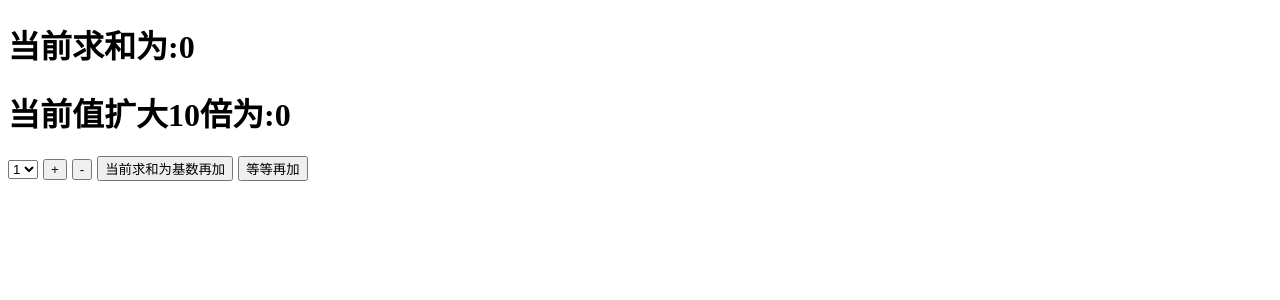
Repository: ldqml/vue.test
Page: / (app in vuexx/)
An editor plug-in stored every save of this project. The page is shown before and after the next save, followed by the edit.
The browser window is 1280 px wide. The pictures show the whole page.
The project was rebuilt for these pictures with package versions that can differ from the ones it lists, and the page was loaded fresh each time. Also part of the build but not shown: vuexx/vue.config.js.

Above is the page before, as saved 2022-08-21 00:15:56.

After the next save:
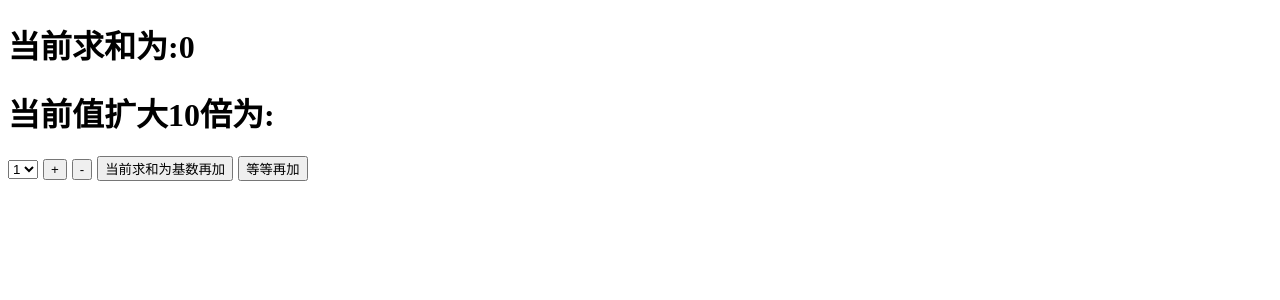
Saved 48 min 42 s later.
--- a/vuexx/src/components/SumAdd.vue
+++ b/vuexx/src/components/SumAdd.vue
@@ -1,7 +1,7 @@
 <template>
   <div>
     <h1>当前求和为:{{sum}}</h1>
-    <h1>当前值扩大10倍为:{{$store.getters.Bigsum}}</h1>
+    <h1>当前值扩大10倍为:{{Bigsum}}</h1>
     <select v-model.number="n">
         <option value="1">1</option>
         <option value="2">2</option>

After the save that followed:
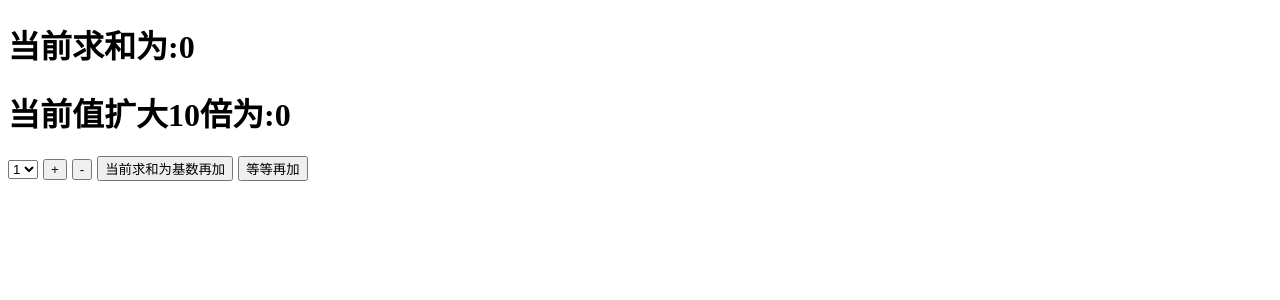
Saved 48 s later.
--- a/vuexx/src/components/SumAdd.vue
+++ b/vuexx/src/components/SumAdd.vue
@@ -15,7 +15,7 @@
 </template>
 
 <script>
-import {mapState} from 'vuex'
+import {mapGetters, mapState} from 'vuex'
 export default {
     name:'SumAdd',
     data(){
@@ -44,7 +44,8 @@ export default {
         },
     },
     computed:{
-        ...mapState({sum:'sum'})
+        ...mapState({sum:'sum'}),
+        ...mapGetters({Bigsum:'Bigsum'}),
     },
 }
 </script>
